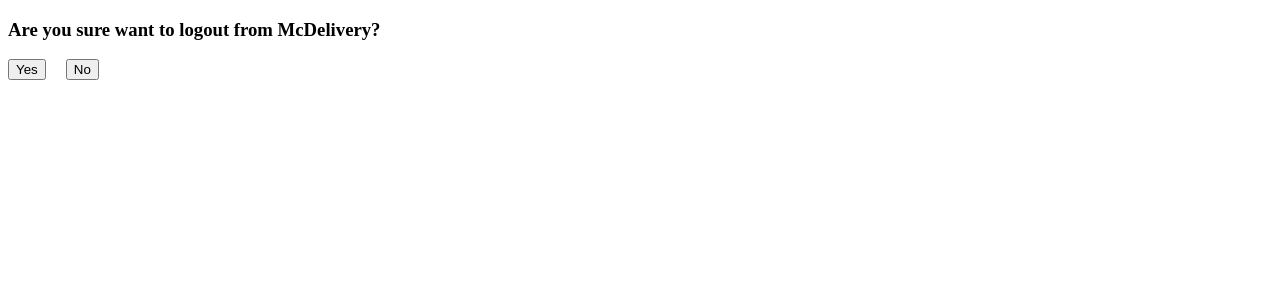
Repository: Jeck97/Mcdonald-Delivery-System
Page: http://localhost/McDelivery/logout/confirmLogoutPage.jsp
An editor plug-in stored every save of this project. The page is shown before and after the next save, followed by the edit.
The browser window is 1280 px wide. The pictures show the whole page.
The page is served by Tomcat 9. Other server files are loaded and not shown.

Above is the page before, as saved 2020-07-10 21:08:27.

### McDelivery/WebContent/logout/confirmLogoutPage.jsp
<%@ page language="java" contentType="text/html; charset=ISO-8859-1"
    pageEncoding="ISO-8859-1"%>

<!DOCTYPE html>
<html>
<head>
<meta charset="ISO-8859-1">
<title>Logout Page</title>
</head>
<body>

	<h3>Are you sure want to logout from McDelivery?</h3>

	<form action="logoutServlet" method="post">

		<input type="submit" value="Yes">

		&nbsp; &nbsp;

		<a href="<%= request.getSession().getAttribute("tracedPath") %>"><button>No</button></a>

	</form>

</body>
</html>

After the next save:
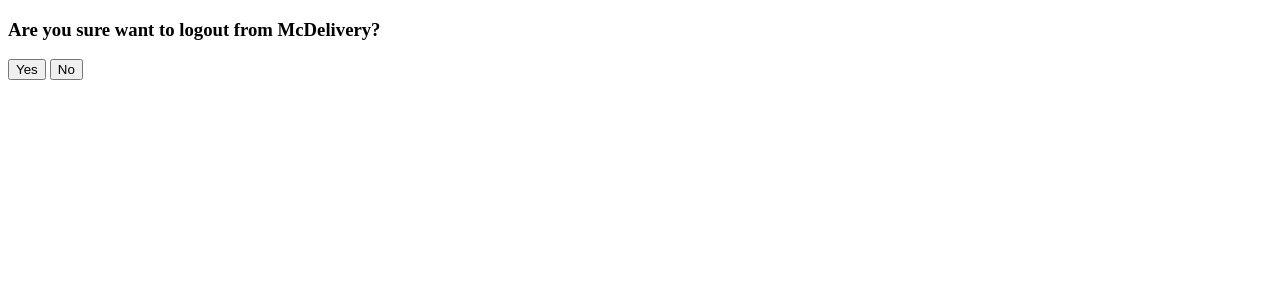
Saved 2 min 25 s later.
--- a/McDelivery/WebContent/logout/confirmLogoutPage.jsp
+++ b/McDelivery/WebContent/logout/confirmLogoutPage.jsp
@@ -12,14 +12,12 @@
 	<h3>Are you sure want to logout from McDelivery?</h3>
 
 	<form action="logoutServlet" method="post">
+		<p hidden><input type="submit" id="yes"></p>
+	</form>
 
-		<input type="submit" value="Yes">
+	<label for="yes"><button>Yes</button></label>
 
-		&nbsp; &nbsp;
-
-		<a href="<%= request.getSession().getAttribute("tracedPath") %>"><button>No</button></a>
-
-	</form>
+	<a href="<%= request.getSession().getAttribute("tracedPath") %>"><button>No</button></a>
 
 </body>
 </html>
